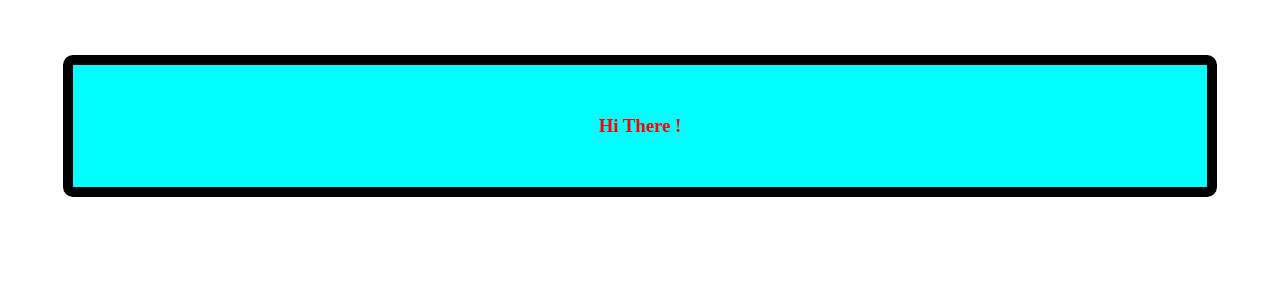
Repository: VISHALGUPTA100803/Harkirat_MERN
Page: zerodha_landing_page week0(html+css)/index2.html
An editor plug-in stored every save of this project. The page is shown before and after a run of saves, followed by the edit.
The browser window is 1280 px wide. The pictures show the whole page.

Above is the page before, as saved 2023-12-16 13:51:06.

### zerodha_landing_page week0(html+css)/index2.html
<center>
    <h3 style="color: red; background-color: aqua; border-radius: 10px;
    border: 10px solid black;margin: 55px; padding: 50px
    ;">
   Hi There !
    </h3>
 </center>

After the next 3 saves:
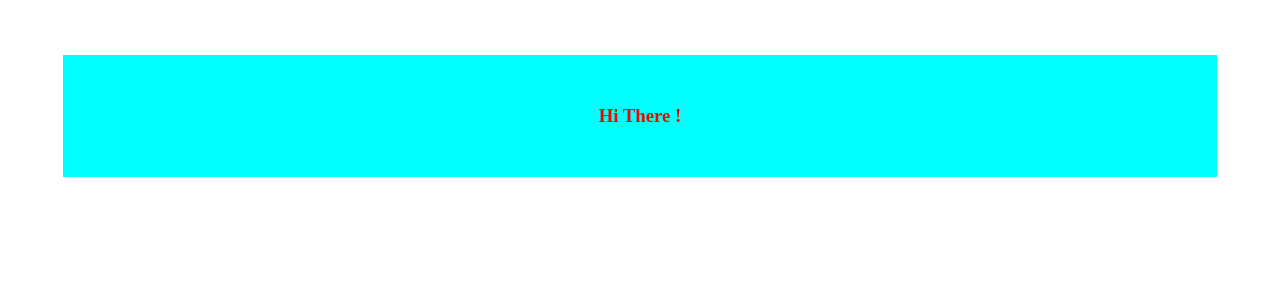
The 3 saves are shown as one change because they came seconds apart.
The last was saved 7 min 52 s later.
--- a/zerodha_landing_page week0(html+css)/index2.html
+++ b/zerodha_landing_page week0(html+css)/index2.html
@@ -1,6 +1,6 @@
 <center>
-    <h3 style="color: red; background-color: aqua; border-radius: 10px;
-    border: 10px solid black;margin: 55px; padding: 50px
+    <h3 style="color: red; background-color: aqua;
+    ; margin: 55px; padding: 50px
     ;">
    Hi There !
     </h3>
